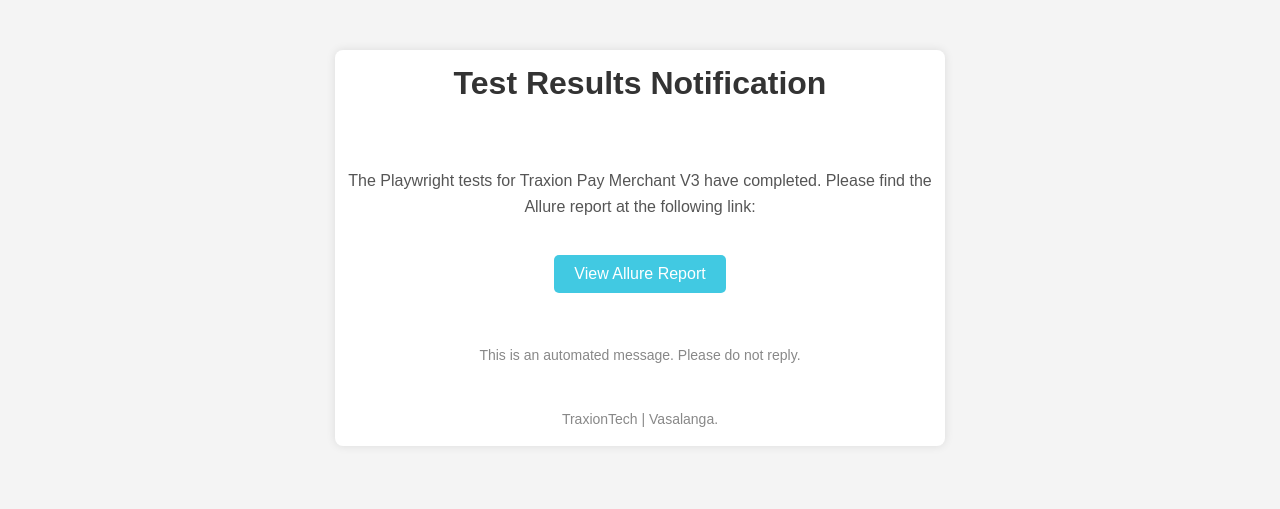
Repository: jmendozaqa24/TraxionPay-V3
Page: template.html
An editor plug-in stored every save of this project. The page is shown before and after the next save, followed by the edit.
The browser window is 1280 px wide. The pictures show the whole page.

Above is the page before, as saved 2025-01-31 10:46:04.

### template.html
<!DOCTYPE html>
            <html lang="en">
            <head>
                <meta charset="UTF-8">
                <meta name="viewport" content="width=device-width, initial-scale=1.0">
                <title>Test Results Notification</title>
            </head>
            <body style="font-family: Arial, sans-serif; background-color: #f4f4f4; margin: 5px 0; padding: 25px 0;">
                <div style="max-width: 600px; margin: 20px auto; background-color: #ffffff; padding: 5px; border-radius: 8px; box-shadow: 0 0 10px rgba(0, 0, 0, 0.1);">
                    <div style="text-align: center; padding-bottom: 20px;">
                        <h1 style="color: #333333; margin: 0; padding: 10px 0; ">Test Results Notification</h1>
                    </div>
                    <div style="text-align: center; padding: 20px 0;">
                        <p style="color: #555555; font-size: 16px; line-height: 1.6;">
                            The Playwright tests for Traxion Pay Merchant V3 have completed. Please find the Allure report at the following link:
                        </p>
                        <a href="https://dread-vin.github.io/TraxionPay-V3/"
                            style="display: inline-block; padding: 10px 20px; margin-top: 20px; font-size: 16px; color: #ffffff; background-color: #41C9E2; border-radius: 5px; text-decoration: none;">
                            View Allure Report
                        </a>
                    </div>
                    <div style="text-align: center; padding-top: 20px; font-size: 14px; color: #888888;">
                        <p>This is an automated message. Please do not reply.</p>
                    </div>
                    <div style="text-align: center; padding-top: 20px; font-size: 14px; color: #888888;">
                        <p>TraxionTech | Vasalanga.</p>
                    </div>
                </div>
            </body>
            </html>

After the next save:
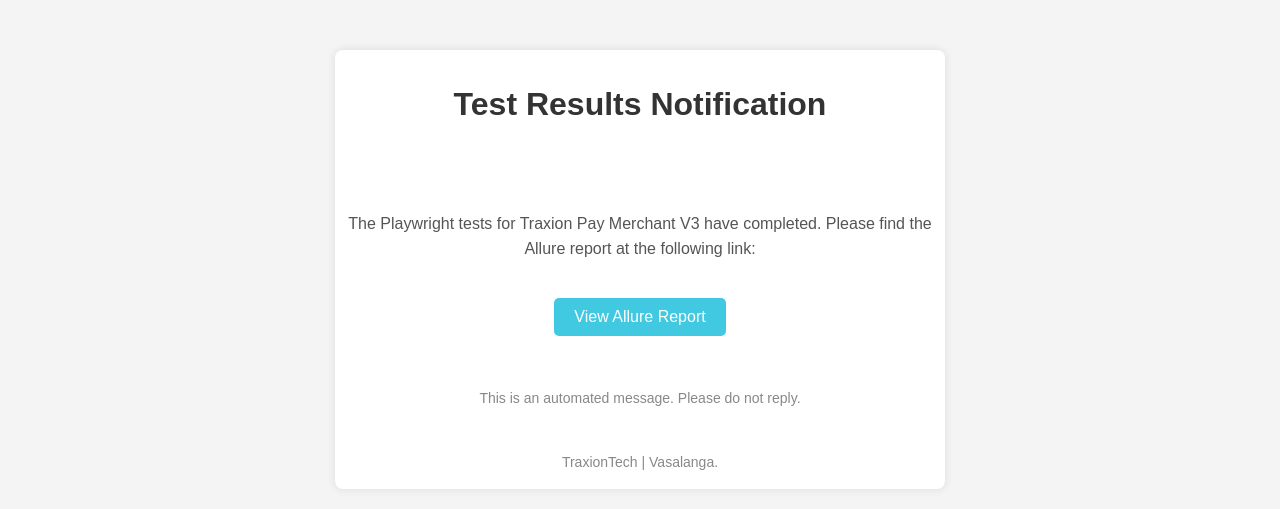
Saved 8 s later.
--- a/template.html
+++ b/template.html
@@ -8,7 +8,7 @@
             <body style="font-family: Arial, sans-serif; background-color: #f4f4f4; margin: 5px 0; padding: 25px 0;">
                 <div style="max-width: 600px; margin: 20px auto; background-color: #ffffff; padding: 5px; border-radius: 8px; box-shadow: 0 0 10px rgba(0, 0, 0, 0.1);">
                     <div style="text-align: center; padding-bottom: 20px;">
-                        <h1 style="color: #333333; margin: 0; padding: 10px 0; ">Test Results Notification</h1>
+                        <h1 style="color: #333333; margin: 5; padding: 10px 0; ">Test Results Notification</h1>
                     </div>
                     <div style="text-align: center; padding: 20px 0;">
                         <p style="color: #555555; font-size: 16px; line-height: 1.6;">
